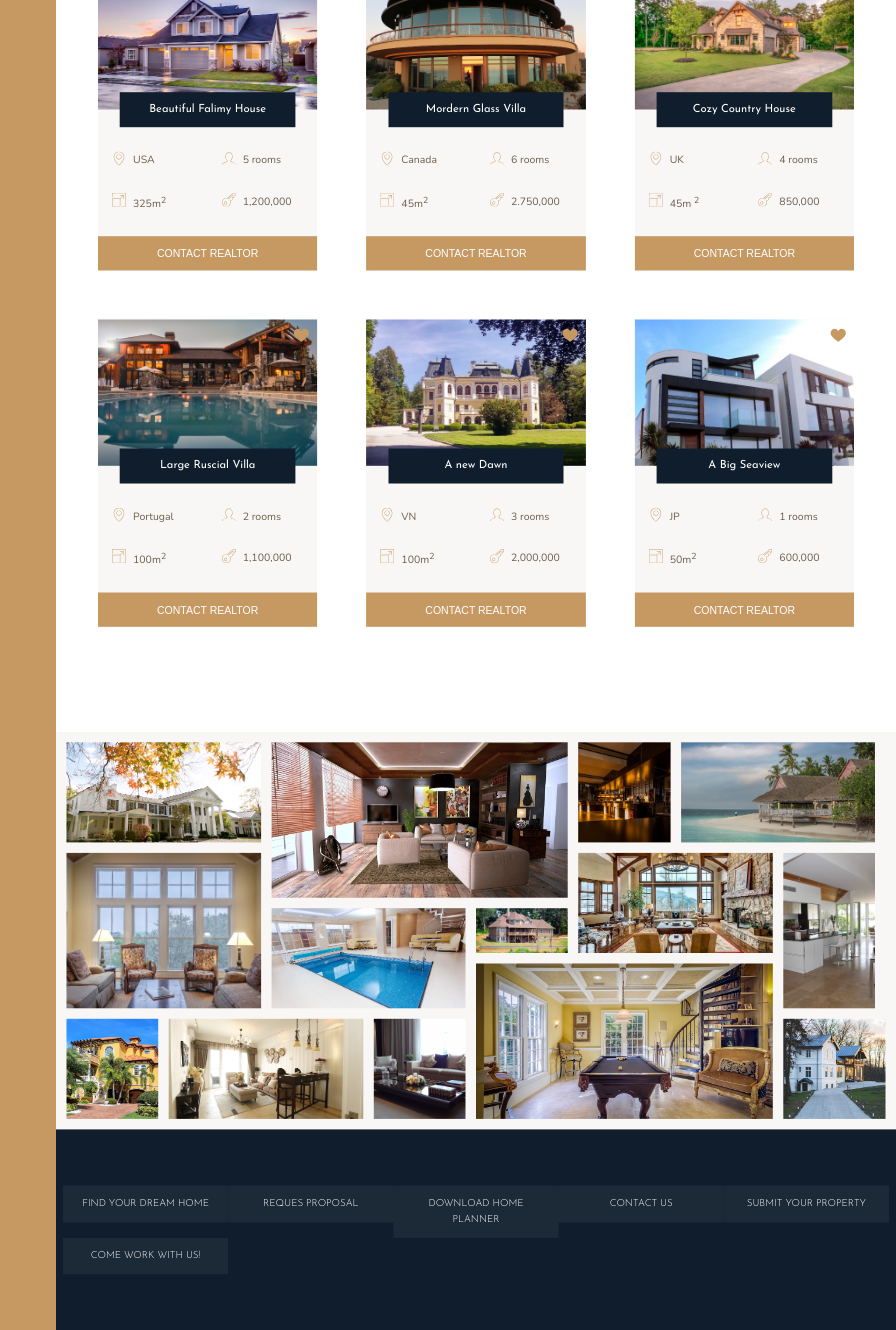
Repository: m2pd/your-home
Page: index.html
The author's editor kept a copy of each file at every save. The page is drawn from the files as they stood at one save, then again after the next save.
The browser window is 1280 px wide. The pictures show the part of the page from y = 1959 to 3879 px (the page is 3859 px tall before and 3879 px after), at 70% of full size.
The style sheet was rebuilt from its Sass, Less or Tailwind sources for each picture, by a compiler version that may differ from the author's.

Above is the page before, as saved 2020-03-07 19:09:06.

### index.html
<!DOCTYPE html>
<html lang="en">
    <head>
        <meta charset="UTF-8">
        <meta name="viewport" content="width=device-width, initial-scale=1.0">
        <meta http-equiv="X-UA-Compatible" content="ie=edge">

        <link href="https://fonts.googleapis.com/css?family=Josefin+Sans:300,400,400i|Nunito:300,300i" rel="stylesheet">
        <link rel="stylesheet" href="css/style.css">
        <link rel="shortcut icon" type="image/png" href="img/favicon.png">

        <title>nexter &mdash; your home, your freedom</title>
    </head>
    <body class="container">

        <div class="sidebar">
            Sidebar
        </div>

        <header class="header">
            Header
        </header>

        <div class="realtors">
            3 Realtors
        </div>

        <div class="features">
            <div class="feature feature-1">
                <svg class="feature__icon">
                    <use xlink:href="img/sprite.svg#icon-global"></use>
                </svg>
                <h4 class="heading-4 heading-4--dark">World's best luxury homes</h4>
                <p class="feature__text">
                    Lorem, ipsum dolor sit amet consectetur adipisicing elit. Tenetur distinctio necessitatibus pariatur voluptatibus.
                </p>
            </div>

            <div class="feature feature-2">
                <svg class="feature__icon">
                    <use xlink:href="img/sprite.svg#icon-trophy"></use>
                </svg>
                <h4 class="heading-4 heading-4--dark">Only the best properties</h4>
                <p class="feature__text">
                    Voluptatum mollitia quae. Vero ipsum sapiente molestias accusamus rerum sed a eligendi aut quia.
                </p>
            </div>

            <div class="feature feature-3">
                <svg class="feature__icon">
                    <use xlink:href="img/sprite.svg#icon-map-pin"></use>
                </svg>
                <h4 class="heading-4 heading-4--dark">All home in top location</h4>
                <p class="feature__text">
                    Tenetur distinctio necessitatibus pariatur voluptatibus quidem consequatur harum.
                </p>
            </div>

            <div class="feature feature-4">
                <svg class="feature__icon">
                    <use xlink:href="img/sprite.svg#icon-key"></use>
                </svg>
                <h4 class="heading-4 heading-4--dark">New home in one week</h4>
                <p class="feature__text">
                    Vero ipsum sapiente molestias accusamus rerum. Lorem, ipsum dolor sit amet consectetur adipisicing elit.
                </p>
            </div>

            <div class="feature feature-5">
                <svg class="feature__icon">
                    <use xlink:href="img/sprite.svg#icon-presentation"></use>
                </svg>
                <h4 class="heading-4">Top 1% realtors</h4>
                <p class="feature__text">
                    Quidem consequatur harum, voluptatum mollitia quae. Tenetur distinctio necessitatibus pariatur voluptatibus.
                </p>
            </div>

            <div class="feature feature-6">
                <svg class="feature__icon">
                    <use xlink:href="img/sprite.svg#icon-lock"></use>
                </svg>
                <h4 class="heading-4">Secure in Payment on nexter</h4>
                <p class="feature__text">
                    Pariatur voluptatibus quidem consequatur harum, voluptatum mollitia quae.
                </p>
            </div>
        </div>

        <div class="story__pictures">
            <img src="img/story-1.jpeg" alt="Couple with new house" class="story__img--1">
            <img src="img/story-2.jpeg" alt="New house" class="story__img--2">
        </div>

        <div class="story__content">
            <h3 class="heading-3 mb-sm">Happy Customer</h3>
            <h2 class="heading-2 heading-2--dark mb-md">&ldquo;The best decsion of our live&ldquo;</h2>
            <div class="story__text">
                Lorem ipsum dolor sit amet consectetur, adipisicing elit. Asperiores ipsam aut similique cumque nesciunt accusantium perspiciatis delectus! Incidunt, debitis ipsum.
            </div>
            <button class="btn">Find your our home</button>
        </div>

        <section class="homes">
            <div class="home">
                <img src="img/house-1.jpeg" alt="House 1" class="home__img">
                <svg class="home__like">
                    <use xlink:href="img/sprite.svg#icon-heart-full"></use>
                </svg>
                <h5 class="home__name">Beautiful Falimy House</h5>
                <div class="home__location">
                    <svg>
                        <use xlink:href="img/sprite.svg#icon-map-pin"></use>
                    </svg>
                    <p>USA</p>
                </div>
                <div class="home__rooms">
                    <svg>
                        <use xlink:href="img/sprite.svg#icon-profile-male"></use>
                    </svg>
                    <p>5 rooms</p>
                </div>
                <div class="home__area">
                    <svg>
                        <use xlink:href="img/sprite.svg#icon-expand"></use>
                    </svg>
                    <p>325m<sup>2</sup></p>
                </div>
                <div class="home__price">
                    <svg>
                        <use xlink:href="img/sprite.svg#icon-key"></use>
                    </svg>
                    <p>1,200,000</p>
                </div>
                <button class="btn home__btn">Contact realtor</button>
            </div>

            <div class="home">
                <img src="img/house-2.jpeg" alt="House 2" class="home__img">
                <svg class="home__like">
                    <use xlink:href="img/sprite.svg#icon-heart-full"></use>
                </svg>
                <h5 class="home__name">Mordern Glass Villa</h5>
                <div class="home__location">
                    <svg>
                        <use xlink:href="img/sprite.svg#icon-map-pin"></use>
                    </svg>
                    <p>Canada</p>
                </div>
                <div class="home__rooms">
                    <svg>
                        <use xlink:href="img/sprite.svg#icon-profile-male"></use>
                    </svg>
                    <p>6 rooms</p>
                </div>
                <div class="home__area">
                    <svg>
                        <use xlink:href="img/sprite.svg#icon-expand"></use>
                    </svg>
                    <p>45m<sup>2</sup></p>
                </div>
                <div class="home__price">
                    <svg>
                        <use xlink:href="img/sprite.svg#icon-key"></use>
                    </svg>
                    <p>2.750,000</p>
                </div>
                <button class="btn home__btn">Contact realtor</button>
            </div>

            <div class="home">
                <img src="img/house-3.jpeg" alt="House 3" class="home__img">
                <svg class="home__like">
                    <use xlink:href="img/sprite.svg#icon-heart-full"></use>
                </svg>
                <h5 class="home__name">Cozy Country House</h5>
                <div class="home__location">
                    <svg>
                        <use xlink:href="img/sprite.svg#icon-map-pin"></use>
                    </svg>
                    <p>UK</p>
                </div>
                <div class="home__rooms">
                    <svg>
                        <use xlink:href="img/sprite.svg#icon-profile-male"></use>
                    </svg>
                    <p>4 rooms</p>
                </div>
                <div class="home__area">
                    <svg>
                        <use xlink:href="img/sprite.svg#icon-expand"></use>
                    </svg>
                    <p>45m <sup>2</sup></p>
                </div>
                <div class="home__price">
                    <svg>
                        <use xlink:href="img/sprite.svg#icon-key"></use>
                    </svg>
                    <p>850,000</p>
                </div>
                <button class="btn home__btn">Contact realtor</button>
            </div>

            <div class="home">
                <img src="img/house-4.jpeg" alt="House 4" class="home__img">
                <svg class="home__like">
                    <use xlink:href="img/sprite.svg#icon-heart-full"></use>
                </svg>
                <h5 class="home__name">Large Ruscial Villa</h5>
                <div class="home__location">
                    <svg>
                        <use xlink:href="img/sprite.svg#icon-map-pin"></use>
                    </svg>
                    <p>Portugal</p>
                </div>
                <div class="home__rooms">
                    <svg>
                        <use xlink:href="img/sprite.svg#icon-profile-male"></use>
                    </svg>
                    <p>2 rooms</p>
                </div>
                <div class="home__area">
                    <svg>
                        <use xlink:href="img/sprite.svg#icon-expand"></use>
                    </svg>
                    <p>100m<sup>2</sup></p>
                </div>
                <div class="home__price">
                    <svg>
                        <use xlink:href="img/sprite.svg#icon-key"></use>
                    </svg>
                    <p>1,100,000</p>
                </div>
                <button class="btn home__btn">Contact realtor</button>
            </div>

            <div class="home">
                <img src="img/house-5.jpeg" alt="House 5" class="home__img">
                <svg class="home__like">
                    <use xlink:href="img/sprite.svg#icon-heart-full"></use>
                </svg>
                <h5 class="home__name">A new Dawn</h5>
                <div class="home__location">
                    <svg>
                        <use xlink:href="img/sprite.svg#icon-map-pin"></use>
                    </svg>
                    <p>VN</p>
                </div>
                <div class="home__rooms">
                    <svg>
                        <use xlink:href="img/sprite.svg#icon-profile-male"></use>
                    </svg>
                    <p>3 rooms</p>
                </div>
                <div class="home__area">
                    <svg>
                        <use xlink:href="img/sprite.svg#icon-expand"></use>
                    </svg>
                    <p>100m<sup>2</sup></p>
                </div>
                <div class="home__price">
                    <svg>
                        <use xlink:href="img/sprite.svg#icon-key"></use>
                    </svg>
                    <p>2,000,000</p>
                </div>
                <button class="btn home__btn">Contact realtor</button>
            </div>

            <div class="home">
                <img src="img/house-6.jpeg" alt="House 6" class="home__img">
                <svg class="home__like">
                    <use xlink:href="img/sprite.svg#icon-heart-full"></use>
                </svg>
                <h5 class="home__name">A Big Seaview</h5>
                <div class="home__location">
                    <svg>
                        <use xlink:href="img/sprite.svg#icon-map-pin"></use>
                    </svg>
                    <p>JP</p>
                </div>
                <div class="home__rooms">
                    <svg>
                        <use xlink:href="img/sprite.svg#icon-profile-male"></use>
                    </svg>
                    <p>1 rooms</p>
                </div>
                <div class="home__area">
                    <svg>
                        <use xlink:href="img/sprite.svg#icon-expand"></use>
                    </svg>
                    <p>50m<sup>2</sup></p>
                </div>
                <div class="home__price">
                    <svg>
                        <use xlink:href="img/sprite.svg#icon-key"></use>
                    </svg>
                    <p>600,000</p>
                </div>
                <button class="btn home__btn">Contact realtor</button>
            </div>
        </section>

        <section class="gallery">
            <figure class="gallery__item gallery__item--1">
                <img src="img/gal-1.jpeg" alt="Gallery Image 1" class="gallery__img">
            </figure>
            <figure class="gallery__item gallery__item--2">
                <img src="img/gal-2.jpeg" alt="Gallery Image 2" class="gallery__img">
            </figure>
            <figure class="gallery__item gallery__item--3">
                <img src="img/gal-3.jpeg" alt="Gallery Image 3" class="gallery__img">
            </figure>
            <figure class="gallery__item gallery__item--4">
                <img src="img/gal-4.jpeg" alt="Gallery Image 4" class="gallery__img">
            </figure>
            <figure class="gallery__item gallery__item--5">
                <img src="img/gal-5.jpeg" alt="Gallery Image 5" class="gallery__img">
            </figure>
            <figure class="gallery__item gallery__item--6">
                <img src="img/gal-6.jpeg" alt="Gallery Image 6" class="gallery__img">
            </figure>
            <figure class="gallery__item gallery__item--7">
                <img src="img/gal-7.jpeg" alt="Gallery Image 7" class="gallery__img">
            </figure>
            <figure class="gallery__item gallery__item--8">
                <img src="img/gal-8.jpeg" alt="Gallery Image 8" class="gallery__img">
            </figure>
            <figure class="gallery__item gallery__item--9">
                <img src="img/gal-9.jpeg" alt="Gallery Image 9" class="gallery__img">
            </figure>
            <figure class="gallery__item gallery__item--10">
                <img src="img/gal-10.jpeg" alt="Gallery Image 10" class="gallery__img">
            </figure>
            <figure class="gallery__item gallery__item--11">
                <img src="img/gal-11.jpeg" alt="Gallery Image 11" class="gallery__img">
            </figure>
            <figure class="gallery__item gallery__item--12">
                <img src="img/gal-12.jpeg" alt="Gallery Image 12" class="gallery__img">
            </figure>
            <figure class="gallery__item gallery__item--13">
                <img src="img/gal-13.jpeg" alt="Gallery Image 13" class="gallery__img">
            </figure>
            <figure class="gallery__item gallery__item--14">
                <img src="img/gal-14.jpeg" alt="Gallery Image 14" class="gallery__img">
            </figure>
            <!-- <img src="img/gal-2.jpeg" alt="Gallery Image 2" class="gallery__img"> -->
        </section>

        <footer class="footer">
            <nav class="nav">
                <li class="nav__item"><a href="#" class="nav__link">Find your dream home</a></li>
                <li class="nav__item"><a href="#" class="nav__link">Reques proposal</a></li>
                <li class="nav__item"><a href="#" class="nav__link">Download home planner</a></li>
                <li class="nav__item"><a href="#" class="nav__link">Contact us</a></li>
                <li class="nav__item"><a href="#" class="nav__link">Submit your property</a></li>
                <li class="nav__item"><a href="#" class="nav__link">Come work with us!</a></li>
            </nav>
        </footer>

    </body>
</html>

### sass/_base.scss
// COLOR VARIABLES
$color-primary: #c69963;
$color-primary-dark: #B28451;

$color-secondary: #101d2c;

$color-grey-light-1: #f9f7f6;
$color-grey-light-2: #aaa;

$color-grey-dark-1: #54483A;
$color-grey-dark-2: #6D5D4B;

// FONT VARIABLES
$font-primary: 'Nunito', sans-serif;
$font-display: 'Josefin Sans', sans-serif;


*,
*::before,
*::after{
    margin:0;
    padding:0;
    box-sizing: inherit;
}

html{
    font-size:62.5%;
    box-sizing: border-box;
}

body{
    font-family: $font-primary;
    color: $color-grey-dark-2;
    font-weight: 300;
    line-height: 1.6;
}

.container{
    display: grid;
    grid-template-rows: 80vh min-content 40vw repeat(3, min-content);
    grid-template-columns:[sidebar-start] 8rem [sidebar-end full-start] minmax(6rem, 1fr) [center-start] repeat(8, [col-start] minmax(min-content, 14rem) [col-end]) [center-end] minmax(6rem, 1fr) [full-end];

}

### sass/_typography.scss
%heading {
  font-family: $font-display;
  font-weight: 400;
}

.heading-1 {
  @extend %heading;
}

.heading-2 {
  @extend %heading;
  font-size: 4rem;
  font-style: italic;
  line-height: 1;

  &--light{ color: $color-grey-light-1;}
  &--dark{ color: $color-grey-dark-1;}
}

.heading-3 {
  @extend %heading;

  font-size: 1.6rem;
  color: $color-primary;
  text-transform: uppercase;

}

.heading-4 {
  @extend %heading;
  font-size: 1.9rem;

  &--light{ color: $color-grey-light-1;}
  &--dark{ color: $color-grey-dark-1;}

}

.btn{
    background-color: $color-primary;
    color: #fff;
    font-size: 1.5rem;
    border: none;
    border-radius: none;
    padding: 1.6rem  3rem;
    text-transform: uppercase;
    cursor: pointer;
    transition: all .2s;

    &:hover{
      background-color: $color-primary-dark;
    }
}

.mb-sm{ margin-bottom: 2rem; }
.mb-md{ margin-bottom: 3rem; }
.mb-lg{ margin-bottom: 4rem; }
.mb-hg{ margin-bottom: 8rem; }

### sass/_features.scss
.features{
    grid-column: center-start /  center-end;

    margin: 15rem 0;
    display: grid;
    // grid-template-columns: repeat(3, 1fr);
    grid-template-columns: repeat(auto-fit, minmax(25rem, 1fr));
    grid-gap: 6rem;
}

.feature{
    display: grid;
    grid-template-columns: min-content 1fr;
    grid-column-gap: 2.5rem;
    grid-row-gap: 1.5rem;

    align-items: start;

    &__icon{
        fill: $color-primary;
        width:4.5rem;
        height:4.5rem;

        grid-row: 1 / span 2;
    }

    &__text{
        font-size: 1.7rem;
    }
}

### sass/_story.scss
.story{
    &__pictures{
        background-color: $color-primary;
        grid-column: full-start / col-end 4;
        background-image:linear-gradient(rgba($color-primary,.5), rgba($color-primary, .5)),
                         url(../img/back.jpg);

        display: grid;
        grid-template-columns: repeat(6, 1fr);
        grid-template-rows: repeat(6, 1fr);
        align-items:center ;
    }

    &__img--1{
        width: 100%;
        grid-column: 2 / 6;
        grid-row: 2 / 6;
        box-shadow: 0 2rem 5rem rgba(#000, .1);
    }

    &__img--2{
        width: 115%;
        grid-column: 4 / 7;
        grid-row: 4 / 6;
        z-index: 20;
        box-shadow: 0 2rem 5rem rgba(#000, .1);

    }

    &__content{
        background-color: $color-grey-light-1;
        grid-column: col-start 5 / full-end;

        padding: 6rem 8vw;

        // display: flex;
        // flex-direction: column;
        // justify-content: center;
        // align-items: flex-start;

        display: grid;
        align-content: center;
        justify-items: start;
    }

    &__text{
        font-size: 1.5rem;
        font-style: italic;
        margin-bottom: 4rem;


    }
}

### sass/_homes.scss
.homes{
    grid-column: center-start / center-end;
    margin: 15rem 0;

    display: grid;
    grid-template-columns: repeat(auto-fit, minmax(25rem, 1fr));
    grid-gap: 7rem;
}

.home{
    background-color:  $color-grey-light-1;

    display: grid;
    grid-template-columns: repeat(2, 1fr);
    grid-row-gap: 3.5rem;

    &__img{
        width: 100%;
        grid-row: 1/ 2;
        grid-column: 1/ -1;
        z-index: 1;
    }

    &__like{
        grid-row: 1/ 2;
        grid-column: 2/ 3;
        fill: $color-primary;
        width: 2.5rem;
        height: 2.5rem;
        z-index: 2;
        justify-self: end;
        margin: 1rem;

    }

    &__name{
        grid-column: 1/ -1;
        grid-row: 1 / 2;

        width: 80%;
        align-self: end;
        justify-self: center;
        font-family: $font-display;
        font-size: 1.6rem;
        font-weight: 400;
        text-align: center;
        background-color: $color-secondary;
        color:#fff;
        padding: 1.25rem;
        z-index: 2;
        transform: translateY(50%);
    }

    &__location,
    &__rooms{
        margin-top: 2.5rem;
    }

    &__location,
    &__rooms,
    &__area,
    &__price{
        font-size: 1.5rem;
        margin-left: 2rem;

        display: flex;
        align-content: center;
        svg{
            fill: $color-primary;
            width: 2rem;
            height: 2rem;

            margin-right: 1rem;
        }
    }

    &__btn{
        grid-column: 1/ -1;
    }
}

### sass/_gallery.scss
.gallery{
    background-color: $color-grey-light-1;
    grid-column: full-start / full-end;

    display: grid;
    grid-template-columns: repeat(8, 1fr);
    grid-template-rows: repeat(7, 5vw);
    grid-gap: 1.5rem;
    padding: 1.5rem;


    &__item{
        &--1{
            grid-row:1 / span 2;
            grid-column: 1 / span 2;
        }

        &--2{
            grid-row:1 / span 3;
            grid-column: 3 / span 3;
        }

        &--3{
            grid-row:1 / span 2;
            grid-column: 6 / span 1;
        }

        &--4{
            grid-row:1 / span 2;
            grid-column: 7 / span 2;
        }

        &--5{
            grid-row:3 / span 3;
            grid-column: 1 / span 2;
        }

        &--6{
            grid-row:4 / span 2;
            grid-column: 3 / span 2;
        }

        &--7{
            grid-row:4 / span 1;
            grid-column: 5 / span 1;
        }

        &--8{
            grid-row:3 / span 2;
            grid-column: 6 / span 2;
        }

        &--9{
            grid-row:3 / span 3;
            grid-column: 8 / span 1;
        }

        &--10{
            grid-row:6 / span 2;
            grid-column: 1 / span 1;
        }

        &--11{
            grid-row:6 / span 2;
            grid-column: 2 / span 2;
        }

        &--12{
            grid-row:6 / span 2;
            grid-column: 4 / span 1;
        }

        &--13{
            grid-row:5 / span 3;
            grid-column: 5 / span 3;
        }

        &--14{
            grid-row:6 / span 2;
            grid-column: 8 / span 2;
        }
    }

    &__img{
        width:100%;
        height: 100%;
        object-fit: cover;
        display: block;
    }
}

### sass/_footer.scss
.footer{
    background-color: $color-secondary;
    grid-column: full-start / full-end;
    padding: 8rem 1rem;
}

.nav{
    list-style: none;
    display: grid;
    grid-template-columns: repeat(auto-fit, minmax(20rem, 1fr));

    &__link:link,
    &__link:visited{
        font-size: 1.4rem;
        color: #fff;
        text-decoration: none;
        text-transform: uppercase;
        text-align: center;
        font-family: $font-display;
        padding: 1.5rem;
        display: block;

        background-color: rgba(#fff, .05);
    }
}

Loaded but not shown: sass/main.scss (common file); sass/_sidebar.scss (common file); sass/_header.scss (common file); sass/_realtors.scss (common file)

After the next save:
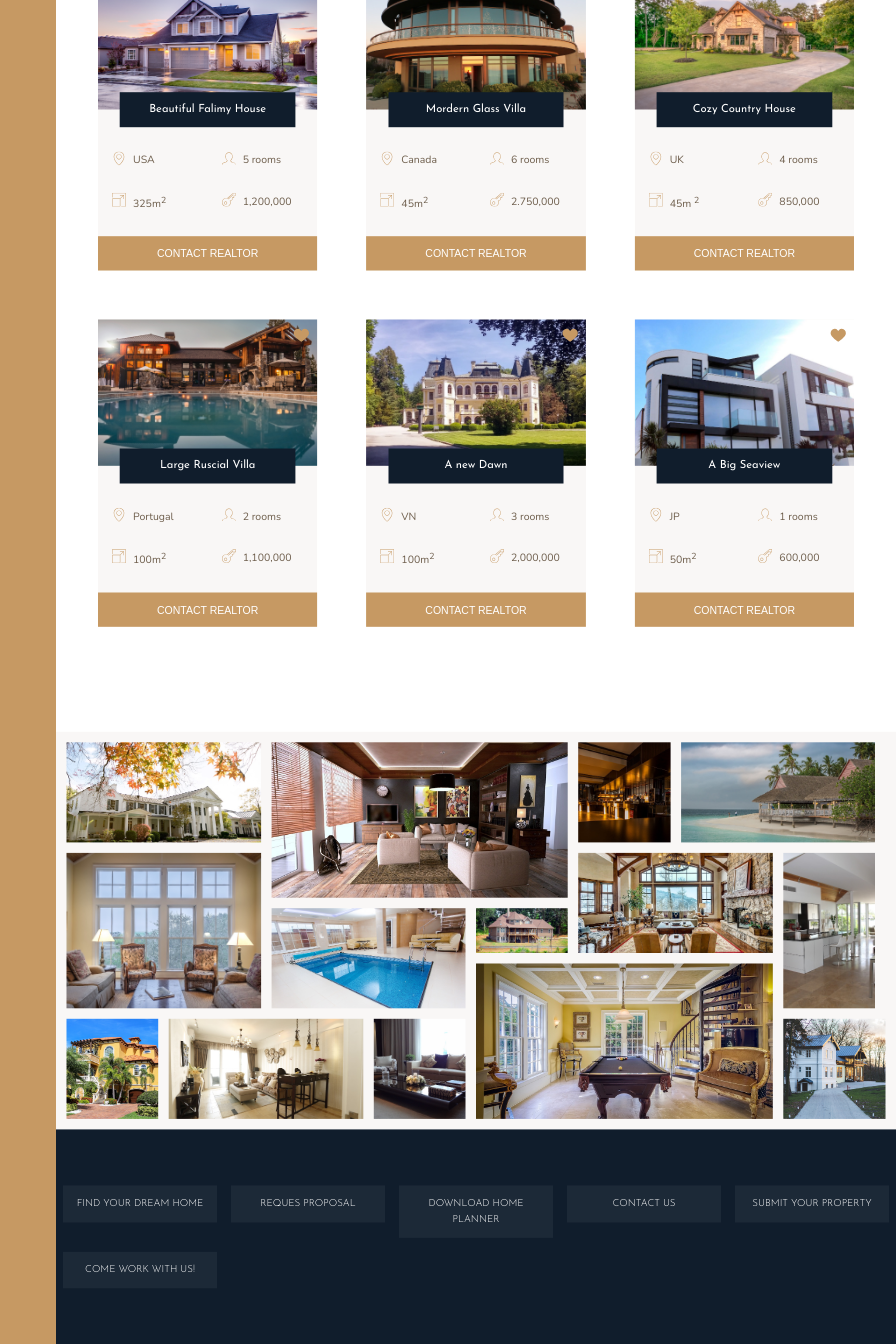
Saved 2 min 6 s later.
--- a/sass/_footer.scss
+++ b/sass/_footer.scss
@@ -8,6 +8,7 @@
     list-style: none;
     display: grid;
     grid-template-columns: repeat(auto-fit, minmax(20rem, 1fr));
+    grid-gap: 2rem;
 
     &__link:link,
     &__link:visited{
